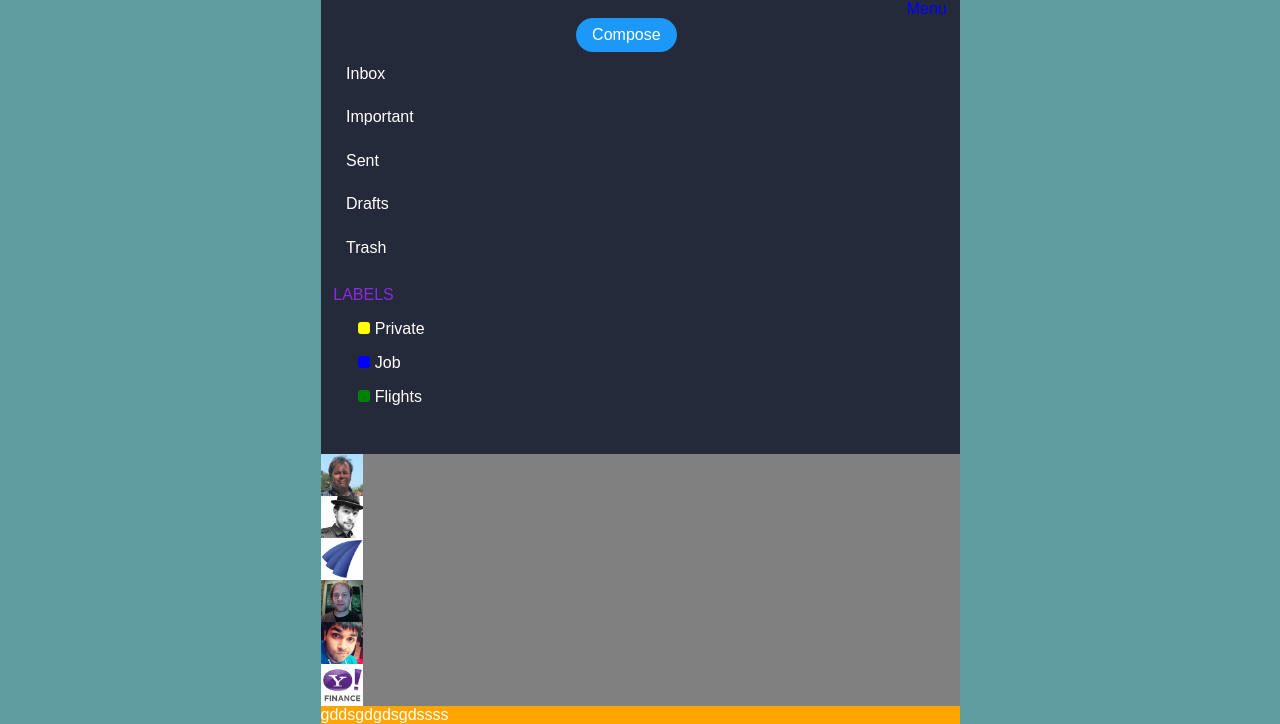
Repository: Gumiin/studia
Page: lesson4/index.html
The author's editor kept a copy of each file at every save. The page is drawn from the files as they stood at one save, then again after a run of saves.
The browser window is 1280 px wide. The pictures show the whole page.

Above is the page before, as saved 2021-04-21 17:59:28.

After the next 2 saves:
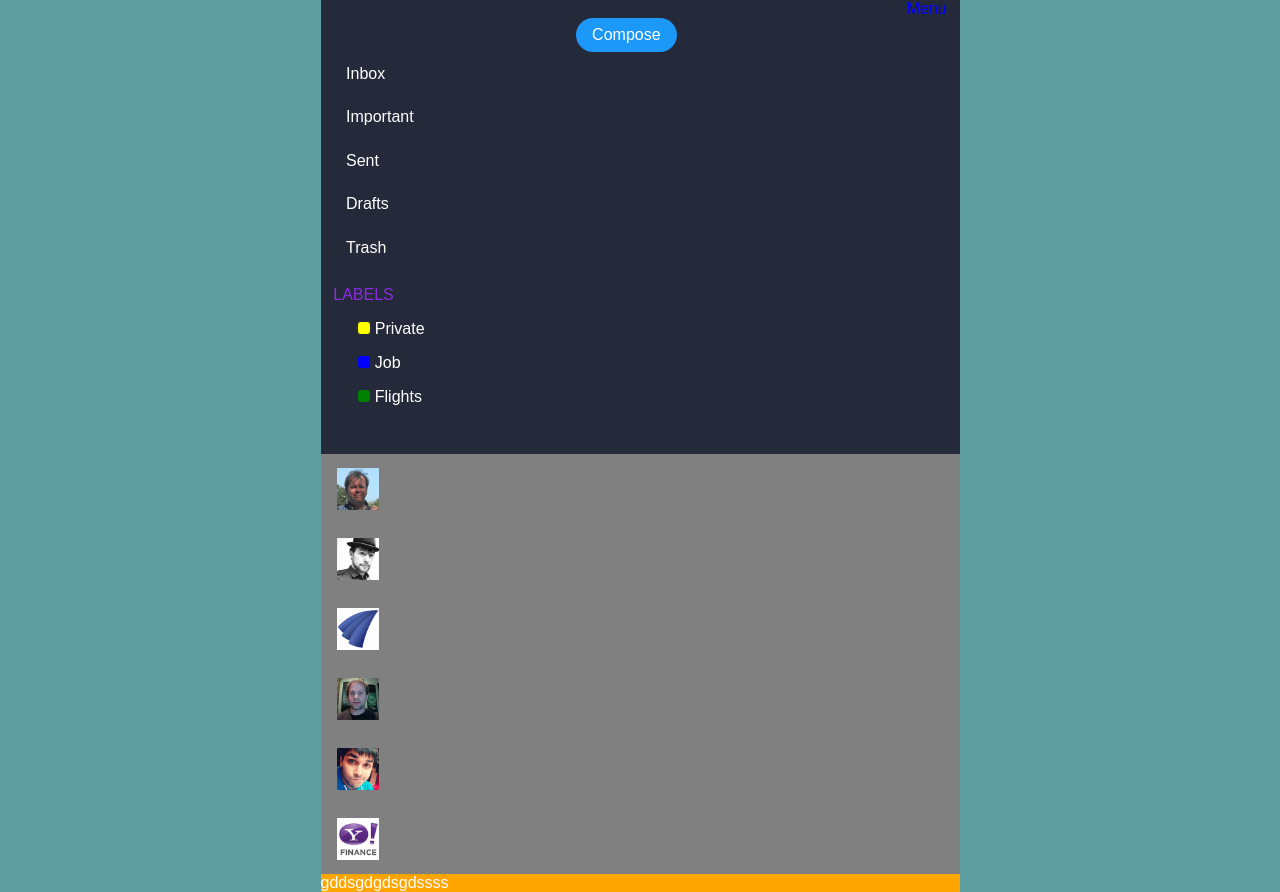
The 2 saves are shown as one change because they came seconds apart.
The last was saved 52 s later.
--- a/lesson4/style.css
+++ b/lesson4/style.css
@@ -66,6 +66,9 @@ main{
     grid-template-areas:mails;
     grid-template-rows: auto;
 }
+.mail{
+    padding: 14px 16px;
+}
 img{
     max-width: 100%;
     max-height: 100%;
